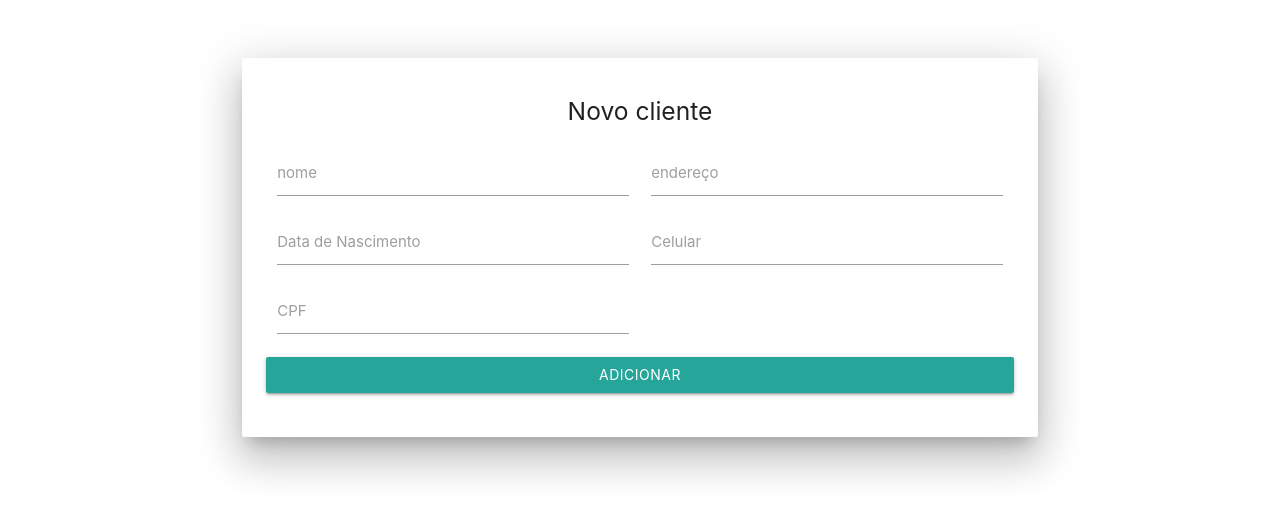
Repository: luizasilveira/TechWeb
Page: Projeto1/techWebP1/WebContent/add.html
An editor plug-in stored every save of this project. The page is shown before and after the next save, followed by the edit.
The browser window is 1280 px wide. The pictures show the whole page.

Above is the page before, as saved 2019-09-09 21:34:21.

### Projeto1/techWebP1/WebContent/add.html
<!DOCTYPE html>
<html>
<head>
<meta charset="ISO-8859-1">
<title>HOME</title>


<!--Import Google Icon Font-->
<link href="https://fonts.googleapis.com/icon?family=Material+Icons"
	rel="stylesheet">
<!--Import materialize.css-->
<link rel="stylesheet"
	href="https://cdnjs.cloudflare.com/ajax/libs/materialize/1.0.0/css/materialize.min.css">


<style>
body {
  width: 70%;
  margin: auto;
  padding: 50px;
  text-align: center;
}
</style>
</head>

<body>
	<form action="./AddClients" method="post">

		<div class="card-panel z-depth-5" >
		<h5 class="center">Novo cliente</h5>
			<div class="row">
				<div class="col s6">

					<!--<p class="center">Join to our community now !</p>-->


					<div class="input-field">
						<input type="text" name="nome"> <label>nome</label>
					</div>

					<!--<i class="material-icons prefix">account_circle</i>-->



					<!--<div class="input-field">
                    <i class="material-icons prefix">email</i
                    <input type="email" name="email" class="validate">
                    <label> email</label>
                  </div>-->

					<div class="input-field">
						<!--<i class="material-icons prefix">lock</i>-->
						<input type="text" name="nascimento"> <label>Data
							de Nascimento</label>
					</div>

					<div class="input-field">
						<!--<i class="material-icons prefix">vpn_key</i>-->
						<input type="text" name="CPF"> <label>CPF</label>
					</div>
				</div>

				<div class="col s6">
					<div class="input-field">
						<!--<i class="material-icons prefix">vpn_key</i>-->
						<input type="text" name="endereço"> <label>endereço</label>
					</div>

					<div class="input-field">
						<!--<i class="material-icons prefix">vpn_key</i>-->
						<input type="text" name="celular"> <label>Celular</label>
					</div>
				</div>


				<!--<p class="right">Already have an account? <a href="#login" class="modal-trigger">login</a></p>-->
				<input type="submit" name="submit" value="Adicionar"
					class="btn left col s12">

				<div class="clearfix"></div>

			</div>
		</div>
	</form>



	<script src="https://code.jquery.com/jquery-1.12.0.min.js"></script>
	<script
		src="https://cdnjs.cloudflare.com/ajax/libs/materialize/1.0.0/js/materialize.min.js"></script>





</body>
</html>

After the next save:
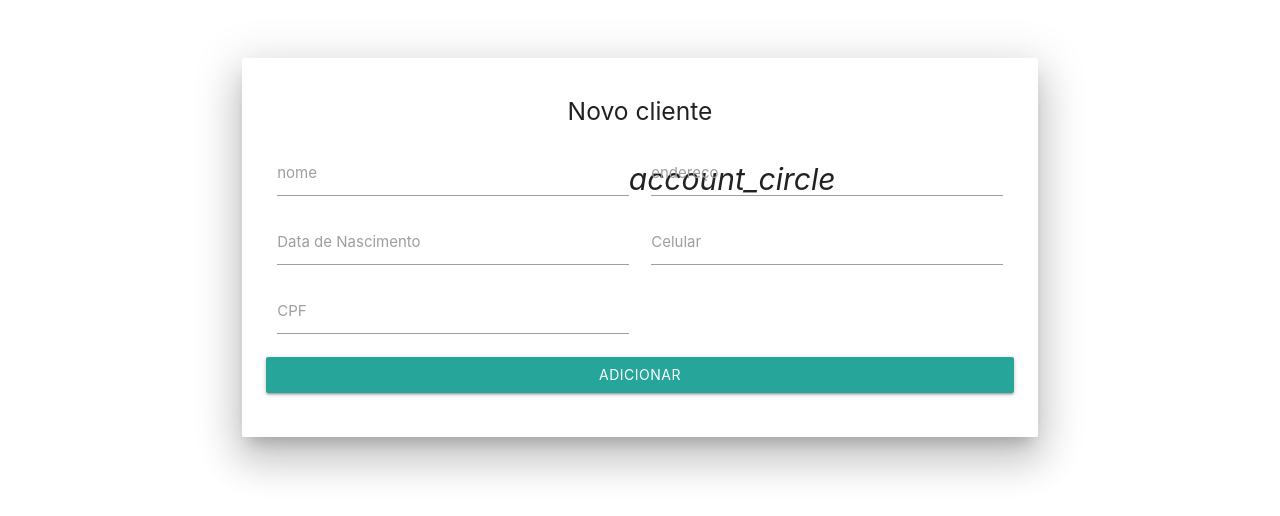
Saved 13 h 24 min later.
--- a/Projeto1/techWebP1/WebContent/add.html
+++ b/Projeto1/techWebP1/WebContent/add.html
@@ -36,9 +36,10 @@
 
 					<div class="input-field">
 						<input type="text" name="nome"> <label>nome</label>
+						<i class="material-icons prefix">account_circle</i>
 					</div>
 
-					<!--<i class="material-icons prefix">account_circle</i>-->
+
 
 
 

After the save that followed:
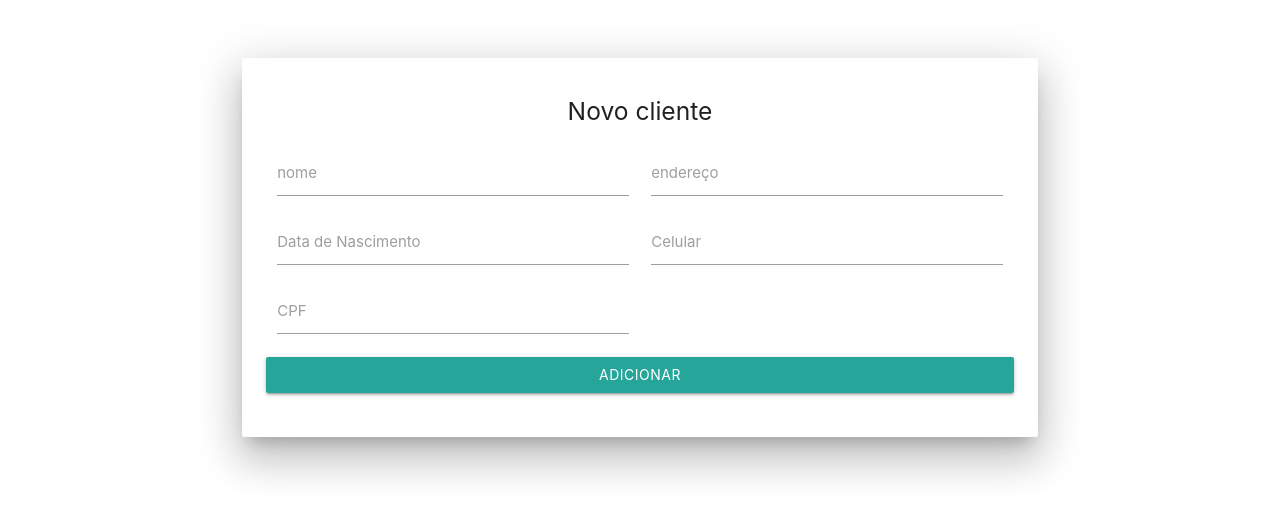
Saved 19 s later.
--- a/Projeto1/techWebP1/WebContent/add.html
+++ b/Projeto1/techWebP1/WebContent/add.html
@@ -36,10 +36,9 @@
 
 					<div class="input-field">
 						<input type="text" name="nome"> <label>nome</label>
-						<i class="material-icons prefix">account_circle</i>
 					</div>
 
-
+					<!--<i class="material-icons prefix">account_circle</i>-->
 
 
 
